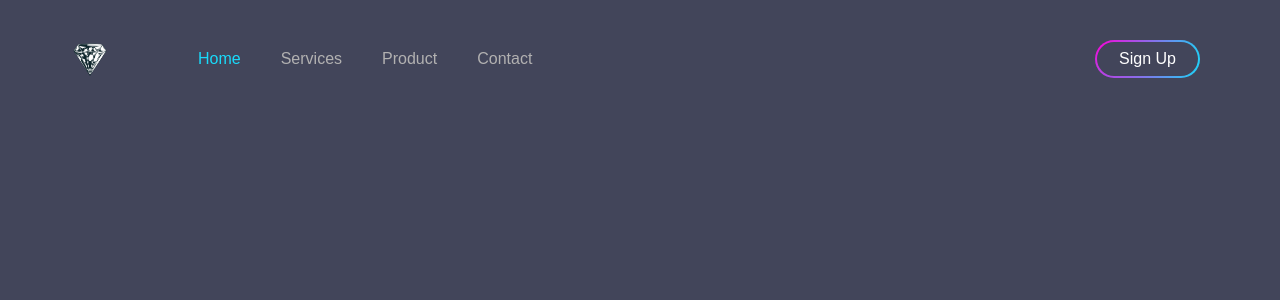
Repository: Aakarshit-Sharma19/Basic-HTML-and-CSS-Page-
Page: index.html
These files come from the project's save history. The page is drawn as it stood at one moment and after the next save; the edit follows.
The browser window is 1280 px wide. The pictures show the whole page.

Above is the page before, as saved 2020-11-10 15:12:31.

After the next save:
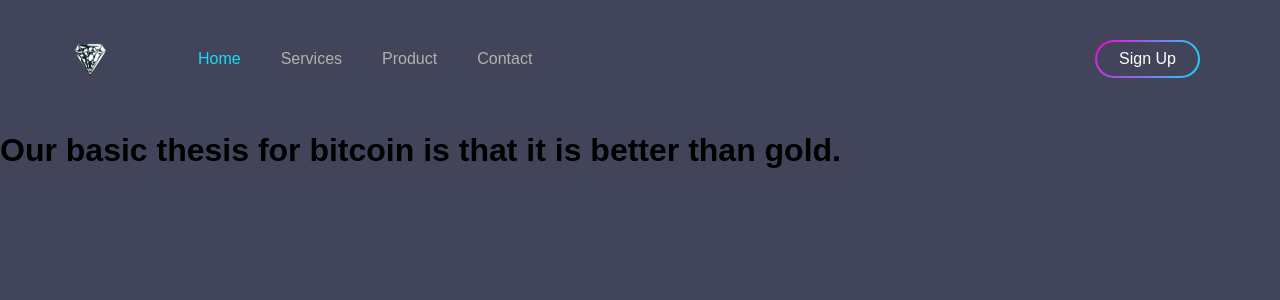
Saved 92 s later.
--- a/index.html
+++ b/index.html
@@ -18,6 +18,11 @@
                 <li><a href="#" class="signup-btn"><span>Sign Up</span></a></li>
             </ul>
         </div>
+        <div class="banner">
+            <div class="app-text">
+                <h1>Our basic thesis for bitcoin is that it is better than gold.</h1>
+            </div>
+        </div>
     </div>
 </body>
 
